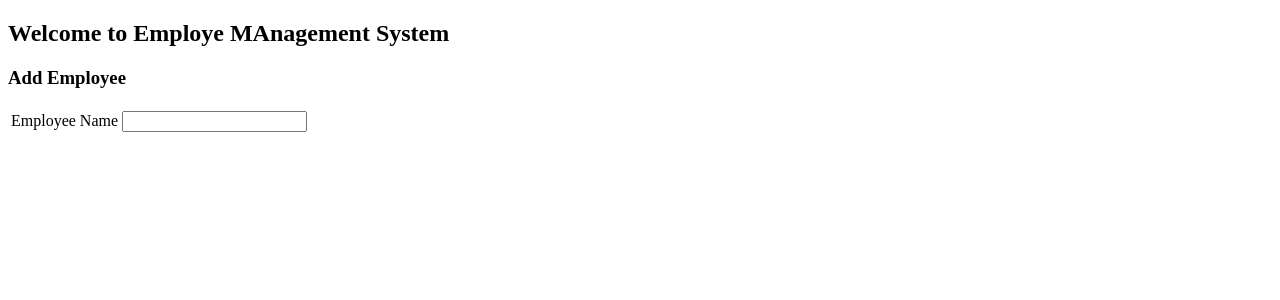
Repository: aamir5773/Spring
Page: http://localhost/SpringMvcEmployeeManagement-1WithJdbc/addEmployeePage
The author's editor kept a copy of each file at every save. The page is drawn from the files as they stood at one save, then again after the next save.
The browser window is 1280 px wide. The pictures show the whole page.
The page is served by Tomcat 9.

Above is the page before, as saved 2019-11-14 06:58:50.

After the next save:
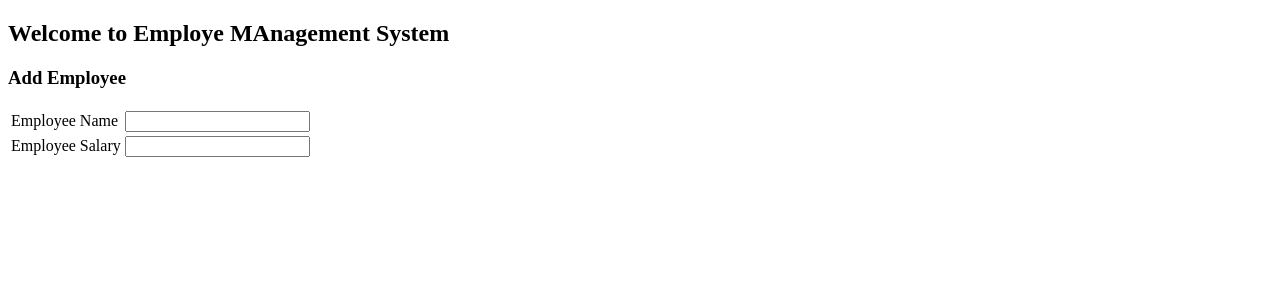
Saved 31 s later.
--- a/SpringMvcEmployeeManagement-1WithJdbc/WebContent/WEB-INF/pages/AddEmployee.jsp
+++ b/SpringMvcEmployeeManagement-1WithJdbc/WebContent/WEB-INF/pages/AddEmployee.jsp
@@ -15,6 +15,10 @@
 	<td>Employee Name </td>
 	<td><input type="text" name="employeeName"></td>
 	</tr>
+	<tr>
+	<td>Employee Salary </td>
+	<td><input type="text" name="employeeSalary"></td>
+	</tr>
 
 	</table>
 
